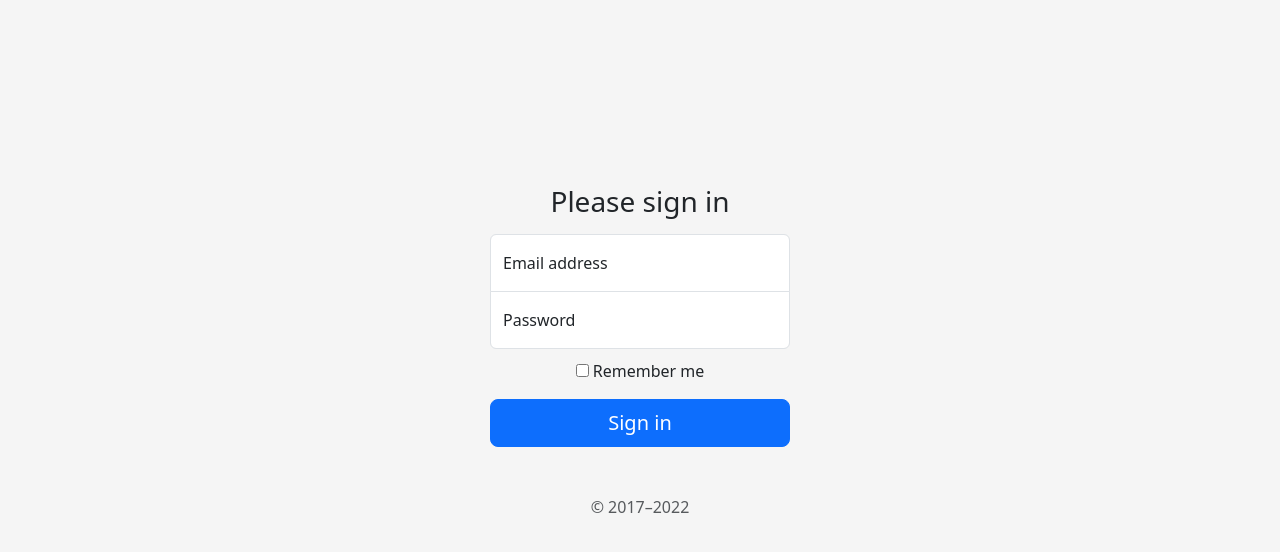
Repository: bjorgkav/payretolive
Page: http://localhost/
An editor plug-in stored every save of this project. The page is shown before and after the next save, followed by the edit.
The browser window is 1280 px wide. The pictures show the whole page.
The page is served by the project's application, run on Django 4.2 (manage.py).

Above is the page before, as saved 2023-03-03 17:01:35.

After the next save:
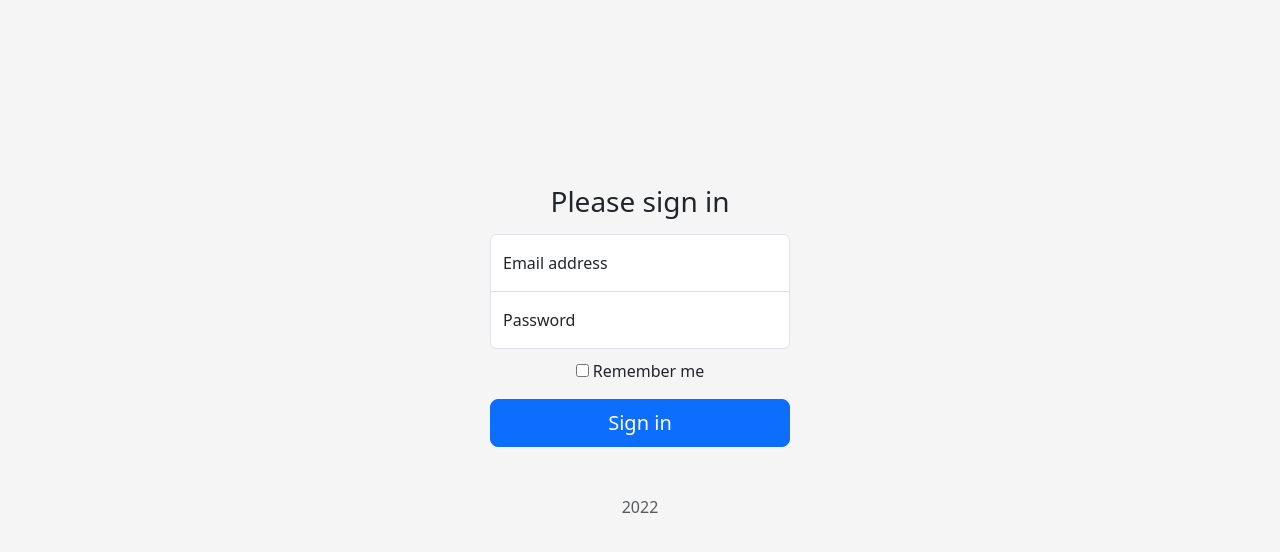
Saved 9 s later.
--- a/login/templates/index.html
+++ b/login/templates/index.html
@@ -86,7 +86,7 @@
       </label>
     </div>
     <button class="w-100 btn btn-lg btn-primary" type="submit">Sign in</button>
-    <p class="mt-5 mb-3 text-muted">&copy; 2017–2022</p>
+    <p class="mt-5 mb-3 text-muted">2022</p>
   </form>
 </main>
 
